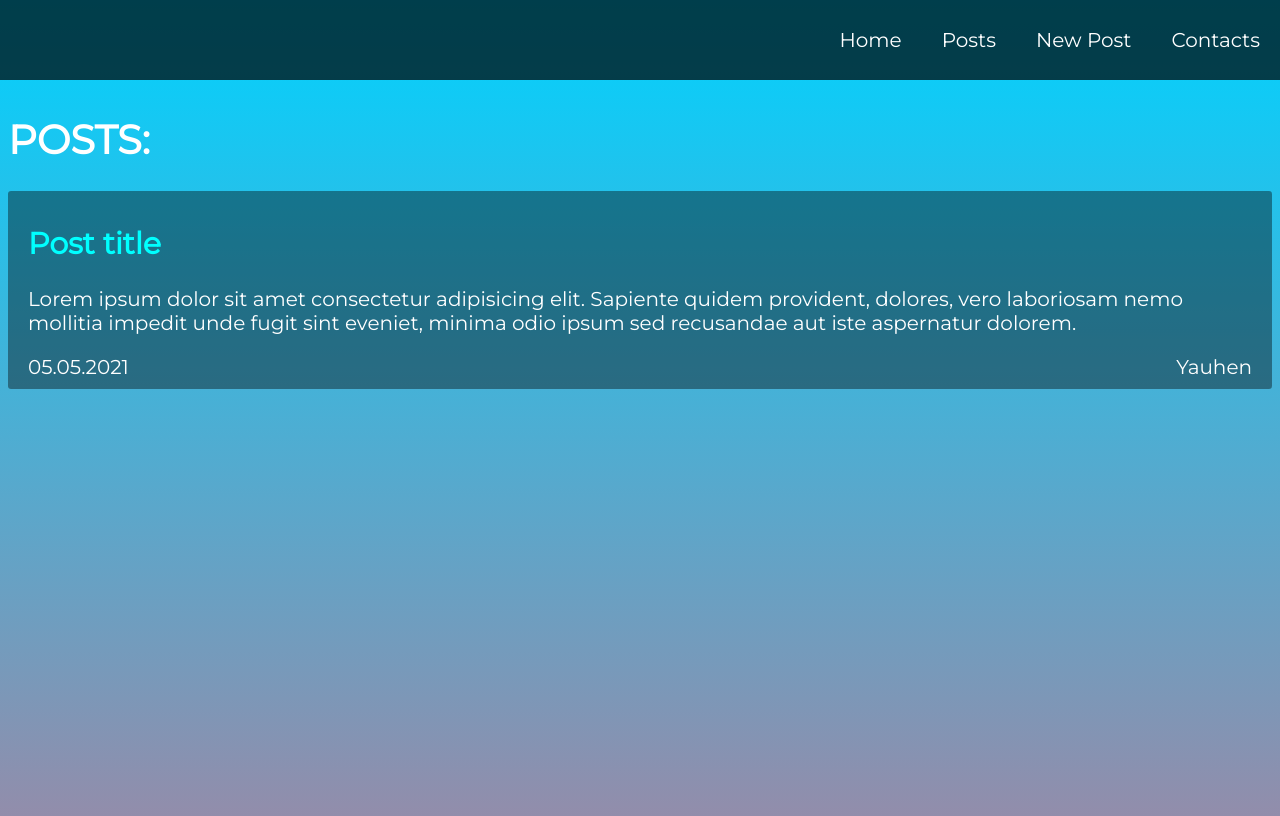
Repository: EgorSherstnev/https---github.com-EgorSherstnev-Node_FirstProject
Page: http://localhost/posts
An editor plug-in stored every save of this project. The page is shown before and after the next save, followed by the edit.
The browser window is 1280 px wide. The pictures show the whole page.
The page is served by the project's Node server (server.js).

Above is the page before, as saved 2023-03-08 22:33:15.

### ejs-views/posts.ejs
<!DOCTYPE html>
<html lang="en">
<head>
  <meta charset="UTF-8">
  <title>Node.js Course | <%= title %></title>
  <link rel="preconnect" href="https://fonts.gstatic.com">
  <link href="https://fonts.googleapis.com/css2?family=Montserrat&display=swap" rel="stylesheet">
  <style>
    body {
      padding-top: 80px;
      min-height: 100vh;
      font-family: 'Montserrat', sans-serif;
      font-size: 20px;
      background: linear-gradient(to bottom, #00d2ff, #928dab);
      color: #fff;
    }

    h1 {
      text-transform: uppercase;
    }

    nav {
      position: absolute;
      top: 0;
      left: 0;
      right: 0;
      min-height: 60px;
      display: flex;
      justify-content: flex-end;
      background-color: rgba(0,0,0,0.7);
    }

    nav ul {
      margin: 0;
      display: flex;
    }

    nav a {
      min-height: 60px;
      display: block;
      padding: 10px 20px;
      line-height: 60px;
    }

    li {
      list-style: none;
    }

    ul {
      padding: 0;
    }

    a {
      text-decoration: none;
      color: #fff;
    }

    article {
      background-color: rgba(0,0,0,0.4);
      padding: 10px 20px;
      border-radius: 3px;
      margin-bottom: 10px;
    }

    .info {
      display: flex;
      justify-content: space-between;
    }

    h2 a {
      color: aqua;
    }
  </style>
</head>
<body>
  <%- include('./partials/nav.ejs') %>
  <h1>Posts:</h1>
  <ul>
    <li>
      <article>
        <h2>
          <a href="/posts/1">Post title</a>
        </h2>
        <p>Lorem ipsum dolor sit amet consectetur adipisicing elit. Sapiente quidem provident, dolores, vero laboriosam nemo mollitia impedit unde fugit sint eveniet, minima odio ipsum sed recusandae aut iste aspernatur dolorem.</p>
        <div class="info">
          <span>05.05.2021</span>
          <span>Yauhen</span>
        </div>
      </article>
    </li>
  </ul>
</body>
</html>

### server.js
const express = require('express');
const path = require('path');

const app = express();

app.set('view engine', 'ejs');

const PORT = 3000;

const createPath = (page) => path.resolve(__dirname, 'ejs-views', `${page}.ejs`);

app.listen(3000, (error) => {
   error ? console.log(error) : console.log(`listening port ${PORT}`);
});

app.use((req, res, next) => {
   console.log(`path: ${req.path}`);
   console.log(`method: ${req.method}`);
   next();
});

app.get('/', (req, res) => {
   const title = 'Home';
   res.render(createPath('index'), { title })
});

app.get('/contacts', (req, res) => {
   const title = 'Contacts';
   const contacts = [
      { name: 'Youtube', link: 'http://youtube.com/YauhenKavalchuk' },
      { name: 'Twitter', link: 'http://twitter.com/YauhenKavalchuk' },
      { name: 'Github', link: 'http://github.com/YauhenKavalchuk' },
   ];
   res.render(createPath('contacts'), { contacts, title });
});

app.get('/posts/:id', (req, res) => {
   const title = 'Post';
   res.render(createPath('post'), { title });
});

app.get('/posts', (req, res) => {
   const title = 'Posts';
   res.render(createPath('posts'), { title });
});

app.get('/add-post', (req, res) => {
   const title = 'Add post';
   res.render(createPath('add-post'), { title });
});

app.use((req, res) => {
   const title = 'Error Page';
   res
      .status(404)
      .render(createPath('error'), { title });
});

### styles/main.css
body {
  padding-top: 80px;
  min-height: calc(100vh - 90px);
  font-family: "Montserrat", sans-serif;
  font-size: 20px;
  background: linear-gradient(to bottom, #00d2ff, #928dab);
  color: #fff;
}

h1 {
  text-transform: uppercase;
}

nav {
  position: absolute;
  top: 0;
  left: 0;
  right: 0;
  min-height: 60px;
  display: flex;
  justify-content: flex-end;
  background-color: rgba(0, 0, 0, 0.7);
}

nav ul {
  margin: 0;
  display: flex;
}

nav a {
  min-height: 60px;
  display: block;
  padding: 10px 20px;
  line-height: 60px;
}

li {
  list-style: none;
}

ul {
  padding: 0;
}

a {
  text-decoration: none;
  color: #fff;
}

article {
  background-color: rgba(0, 0, 0, 0.4);
  padding: 10px 20px;
  border-radius: 3px;
  margin-bottom: 10px;
}

.info {
  display: flex;
  justify-content: space-between;
}

h2 a {
  color: aqua;
}

form {
  background-color: rgba(0, 0, 0, 0.4);
  padding: 10px 20px;
  border-radius: 3px;
  display: flex;
  flex-direction: column;
}

form div {
  margin-bottom: 20px;
  display: flex;
}

form div label {
  display: flex;
  flex-direction: column;
  flex: 1;
}

.form-info {
  justify-content: space-between;
  gap: 20px;
}

input,
textarea {
  min-height: 30px;
  border: 1px solid #000;
  background-color: rgba(0, 0, 0, 0.4);
  color: #fff;
  font-size: 18px;
  padding: 3px 5px;
  outline: none;
}

textarea {
  resize: none;
  min-height: 150px;
}

.form-button {
  display: flex;
  justify-content: flex-end;
}

.form-button input {
  text-transform: uppercase;
  padding: 10px 15px;
  cursor: pointer;
}

.form-button input:hover {
  background-color: rgba(0, 0, 0, 0.6);
}

.home,
.error {
  display: flex;
  min-height: 100vh;
  align-items: center;
  justify-content: center;
  flex-direction: column;
  font-family: "Montserrat", sans-serif;
  font-size: 20px;
  background: linear-gradient(to bottom, #00d2ff, #928dab);
  color: #fff;
  padding-top: 0;
}

.error h1 {
  margin-top: 0;
}

.contacts li {
  list-style-type: circle;
  padding-left: 20px;
  list-style-position: inside;
}

.error-code {
  text-transform: uppercase;
  font-size: 160px;
  margin-bottom: 20px;
}

Loaded but not shown: ejs-views/partials/nav.ejs (common file)

After the next save:
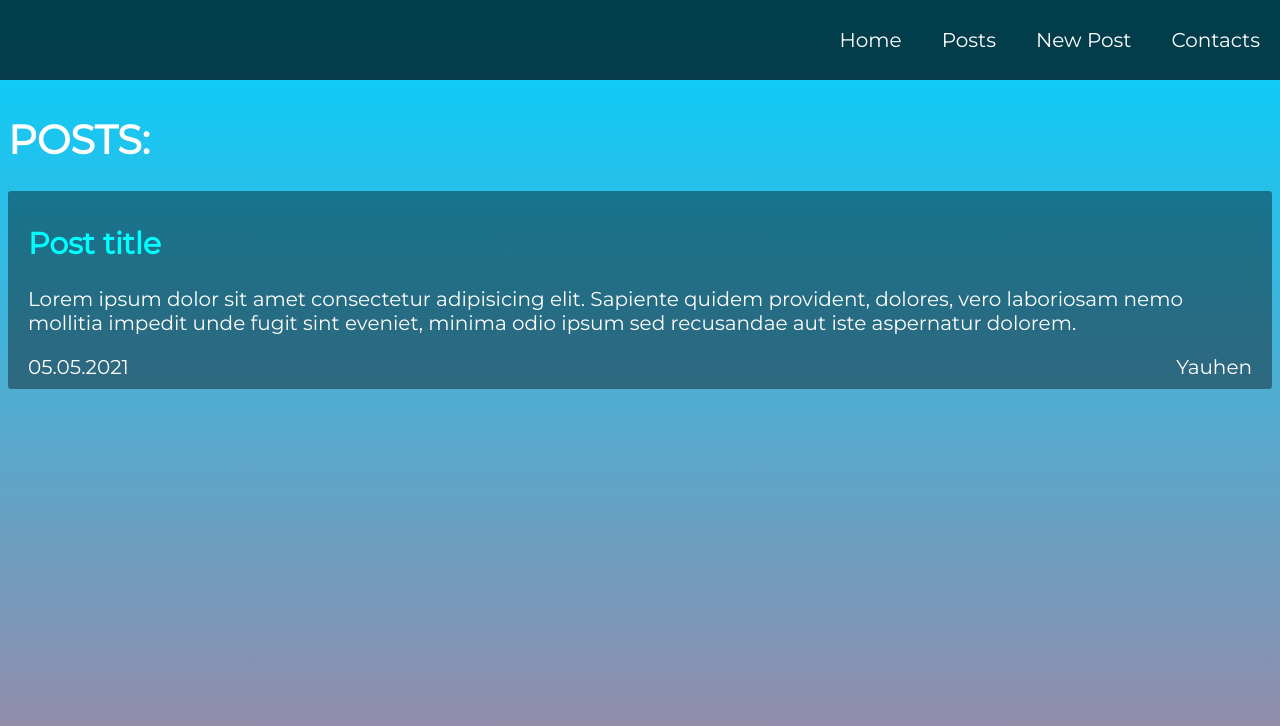
Saved 7 s later.
--- a/ejs-views/posts.ejs
+++ b/ejs-views/posts.ejs
@@ -5,72 +5,7 @@
   <title>Node.js Course | <%= title %></title>
   <link rel="preconnect" href="https://fonts.gstatic.com">
   <link href="https://fonts.googleapis.com/css2?family=Montserrat&display=swap" rel="stylesheet">
-  <style>
-    body {
-      padding-top: 80px;
-      min-height: 100vh;
-      font-family: 'Montserrat', sans-serif;
-      font-size: 20px;
-      background: linear-gradient(to bottom, #00d2ff, #928dab);
-      color: #fff;
-    }
-
-    h1 {
-      text-transform: uppercase;
-    }
-
-    nav {
-      position: absolute;
-      top: 0;
-      left: 0;
-      right: 0;
-      min-height: 60px;
-      display: flex;
-      justify-content: flex-end;
-      background-color: rgba(0,0,0,0.7);
-    }
-
-    nav ul {
-      margin: 0;
-      display: flex;
-    }
-
-    nav a {
-      min-height: 60px;
-      display: block;
-      padding: 10px 20px;
-      line-height: 60px;
-    }
-
-    li {
-      list-style: none;
-    }
-
-    ul {
-      padding: 0;
-    }
-
-    a {
-      text-decoration: none;
-      color: #fff;
-    }
-
-    article {
-      background-color: rgba(0,0,0,0.4);
-      padding: 10px 20px;
-      border-radius: 3px;
-      margin-bottom: 10px;
-    }
-
-    .info {
-      display: flex;
-      justify-content: space-between;
-    }
-
-    h2 a {
-      color: aqua;
-    }
-  </style>
+  <link rel="stylesheet" href="/main.css">
 </head>
 <body>
   <%- include('./partials/nav.ejs') %>
